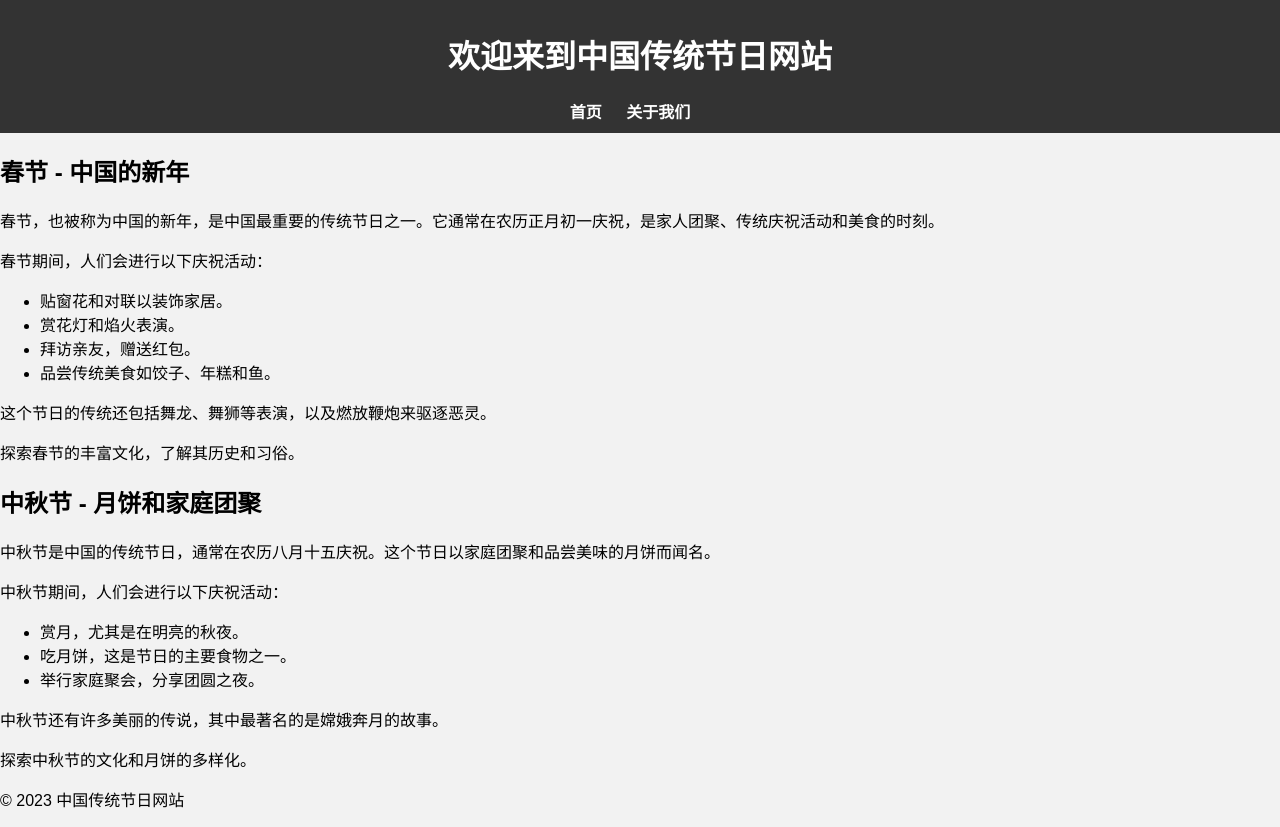
Repository: XueJie1/computer-operation-basics
Page: index.html
These files come from the project's save history. The page is drawn as it stood at one moment and after the next save; the edit follows.
The browser window is 1280 px wide. The pictures show the whole page.

Above is the page before, as saved 2023-08-30 14:39:27.

### index.html
<!DOCTYPE html>
<html lang="zh-CN">

<head>
    <meta charset="UTF-8">
    <meta name="viewport" content="width=device-width, initial-scale=1.0">
    <title>中国传统节日</title>
    <link rel="stylesheet" type="text/css" href="styles.css" />
    <script src="https://cdn.bootcdn.net/ajax/libs/jquery/3.6.4/jquery.js"></script>
</head>

<body>
    <div id="header"></div>
    <main>
        <section id="spring-festival">
            <h2>春节 - 中国的新年</h2>
            <p>春节，也被称为中国的新年，是中国最重要的传统节日之一。它通常在农历正月初一庆祝，是家人团聚、传统庆祝活动和美食的时刻。</p>
            <p>春节期间，人们会进行以下庆祝活动：</p>
            <ul>
                <li>贴窗花和对联以装饰家居。</li>
                <li>赏花灯和焰火表演。</li>
                <li>拜访亲友，赠送红包。</li>
                <li>品尝传统美食如饺子、年糕和鱼。</li>
            </ul>
            <p>这个节日的传统还包括舞龙、舞狮等表演，以及燃放鞭炮来驱逐恶灵。</p>
            <p>探索春节的丰富文化，了解其历史和习俗。</p>
        </section>

        <section id="mid-autumn-festival">
            <h2>中秋节 - 月饼和家庭团聚</h2>
            <p>中秋节是中国的传统节日，通常在农历八月十五庆祝。这个节日以家庭团聚和品尝美味的月饼而闻名。</p>
            <p>中秋节期间，人们会进行以下庆祝活动：</p>
            <ul>
                <li>赏月，尤其是在明亮的秋夜。</li>
                <li>吃月饼，这是节日的主要食物之一。</li>
                <li>举行家庭聚会，分享团圆之夜。</li>
            </ul>
            <p>中秋节还有许多美丽的传说，其中最著名的是嫦娥奔月的故事。</p>
            <p>探索中秋节的文化和月饼的多样化。</p>
        </section>

        <!-- 添加更多节日的信息 -->

    </main>


    <div id="footer"></div>
    <script>
        $("#header").load("header.html");
        $("#footer").load("footer.html");
    </script>
</body>

</html>

### styles.css
embed {
    width: 100%;
    scrollbar-width: none;
}

body {
    font-family: Arial, sans-serif;
    margin: 0;
    padding: 0;
    background-color: #f2f2f2;
}

/* 样式化导航菜单 */
header {
    background-color: #333;
    color: #fff;
    padding: 10px 0;
}

header h1 {
    text-align: center;
    text-decoration: none;
    color: #fff;
}

nav ul {
    list-style-type: none;
    margin: 0;
    padding: 0;
    text-align: center;
}

nav ul li {
    display: inline;
    margin-right: 20px;
}

nav ul li a {
    text-decoration: none;
    color: #fff;
    font-weight: bold;
    font-size: 16px;
}

nav ul li a:hover {
    color: #ff9900; /* 鼠标悬停时的颜色 */
}

### header.html
<header>
    <h1>欢迎来到中国传统节日网站</h1>
    <!-- 这里放置你的网站导航菜单、标志等内容 -->
    <nav>
        <ul>
            <li><a href="index.html">首页</a></li>
            <li><a href="./pages/about.html">关于我们</a></li>
            <!-- 添加其他页面链接 -->
        </ul>
    </nav>
</header>

### footer.html
<footer>
    <p>&copy; 2023 中国传统节日网站</p>
</footer>

### css/styles.css

body {
    font-family: Arial, sans-serif;
    margin: 0;
    padding: 0;
    background-color: #f2f2f2;
}

/* 样式化导航菜单 */
header {
    background-color: #333;
    color: #fff;
    padding: 10px 0;
}

header h1 {
    text-align: center;
    text-decoration: none;
    color: #fff;
}

nav ul {
    list-style-type: none;
    margin: 0;
    padding: 0;
    text-align: center;
}

nav ul li {
    display: inline;
    margin-right: 20px;
}

nav ul li a {
    text-decoration: none;
    color: #fff;
    font-weight: bold;
    font-size: 16px;
}

nav ul li a:hover {
    color: #ff9900; /* 鼠标悬停时的颜色 */
}

footer p{
    color: #fff;
    text-align: center;
    background-color: #333;
    padding-top: 20px;
    padding-bottom: 20px;
}

After the next save:
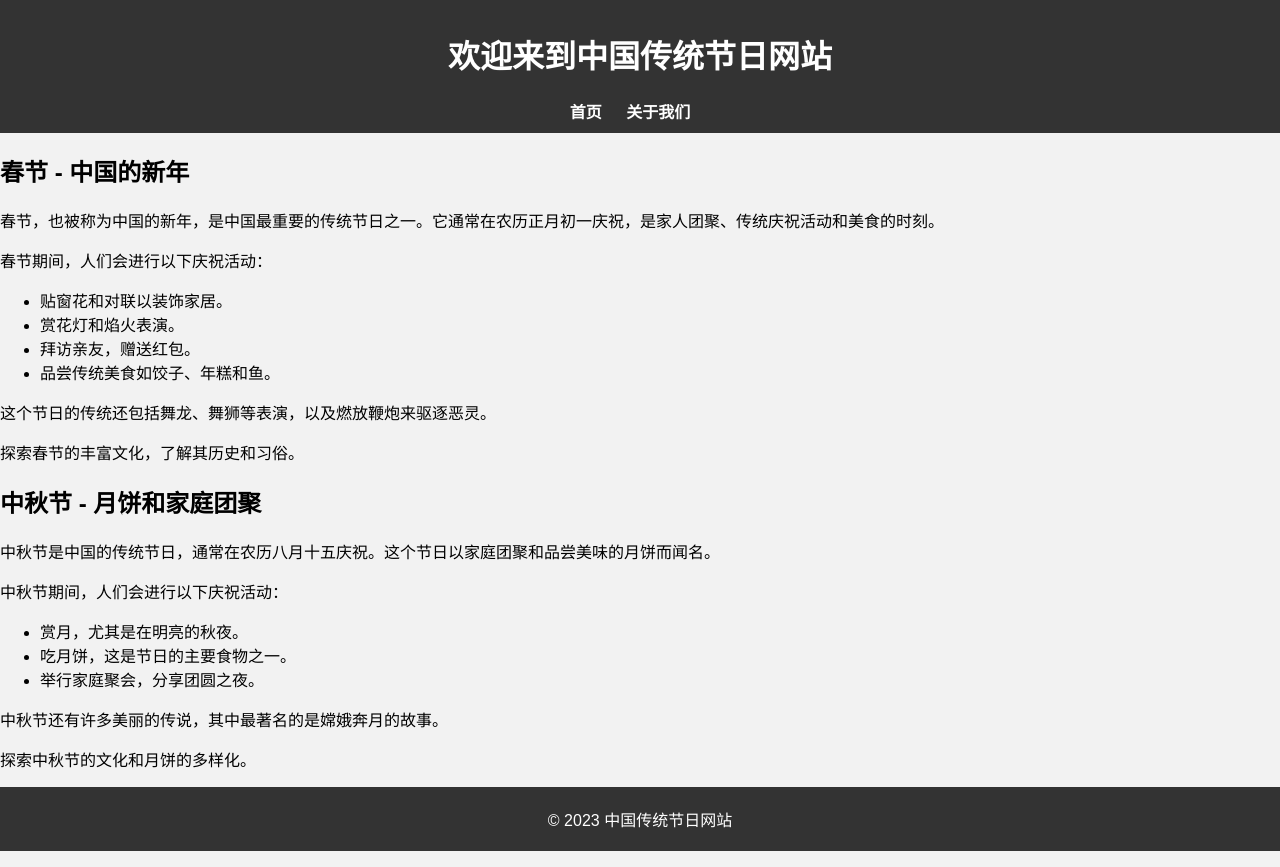
Saved 15 s later.
--- a/index.html
+++ b/index.html
@@ -5,7 +5,7 @@
     <meta charset="UTF-8">
     <meta name="viewport" content="width=device-width, initial-scale=1.0">
     <title>中国传统节日</title>
-    <link rel="stylesheet" type="text/css" href="styles.css" />
+    <link rel="stylesheet" type="text/css" href="./css/styles.css" />
     <script src="https://cdn.bootcdn.net/ajax/libs/jquery/3.6.4/jquery.js"></script>
 </head>
 
